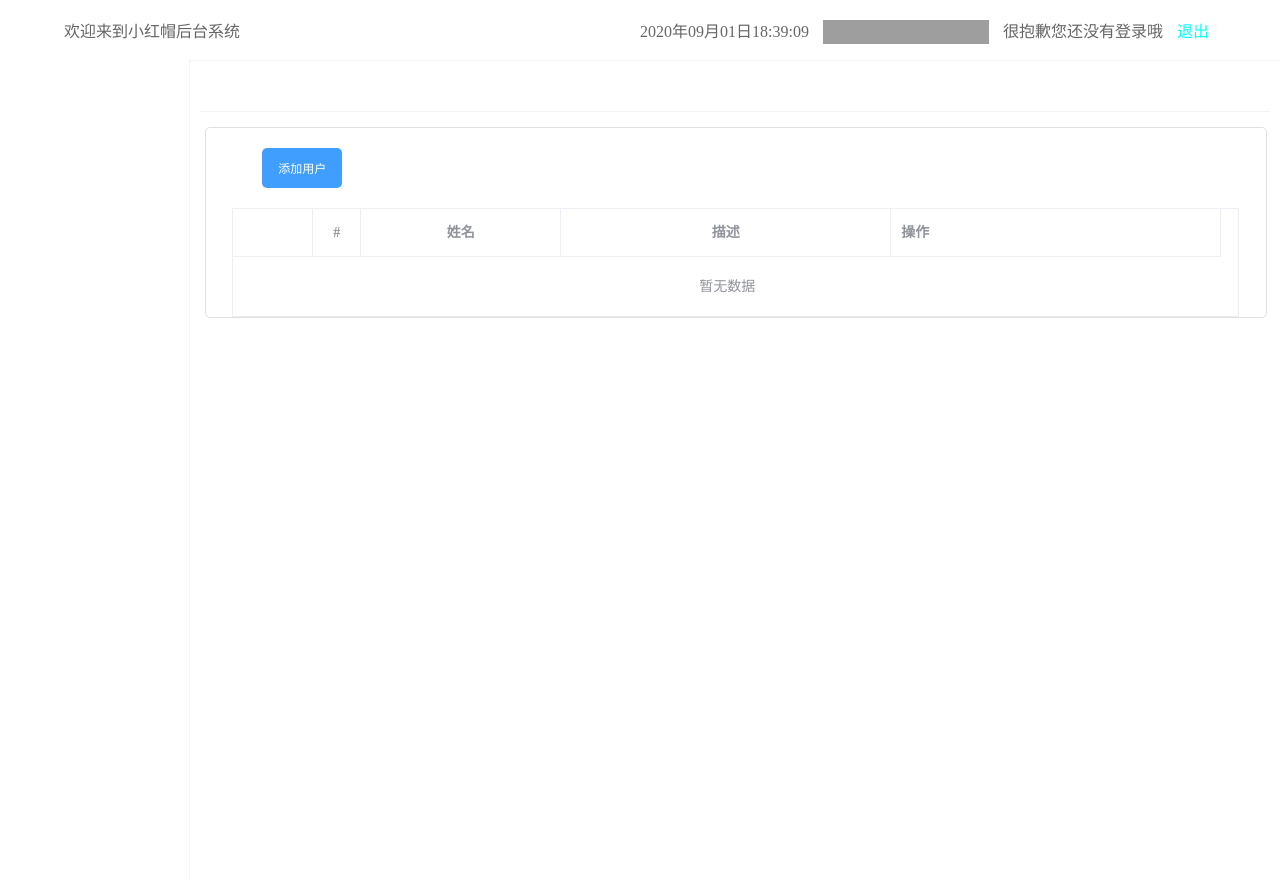
Repository: jinggegeZ/whitesystem
Page: /rights/roles
These files come from the project's save history. The page is drawn as it stood at one moment and after the next save; the edit follows.
The browser window is 1280 px wide. The pictures show the whole page.
Pictures or frames that could not be fetched are drawn as grey boxes. The page's requests for data from a server got no answer. The project was rebuilt for these pictures with package versions that can differ from the ones it lists, and the page was loaded fresh each time. No one was signed in, and anything a server would have sent is missing. Also part of the build but not shown: vue.config.js, src/views/Home.vue.

Above is the page before, as saved 2020-09-02 12:51:52.

### public/index.html
<!DOCTYPE html>
<html lang="en">
  <head>
    <meta charset="utf-8">
    <meta http-equiv="X-UA-Compatible" content="IE=edge">
    <meta name="viewport" content="width=device-width,initial-scale=1.0">
    <link rel="icon" href="<%= BASE_URL %>favicon.ico">
    <title><%= htmlWebpackPlugin.options.title %></title>
  </head>
  <body>
    <noscript>
      <strong>We're sorry but <%= htmlWebpackPlugin.options.title %> doesn't work properly without JavaScript enabled. Please enable it to continue.</strong>
    </noscript>
    <div id="app"></div>
    <!-- built files will be auto injected -->

     <!--[if lte IE 9]>
    <div style='position:absolute; top: 50%; left:50%; margin-top: -50px;margin-left: -400px; align-items: center;justify-content: center;'>
      <div style='width: 800px; height: 100px;text-align: center'>
        <h1>
        您的浏览器版本过低 请下载最新的谷歌浏览器
      </h1>
      <div style='text-align: center;width: 800px'>
        <a href=''>下载谷歌浏览器点此链接</a>
      </div>
      </div>
    </div>
  <![endif]-->
  </body>

</html>

### src/main.js
import Vue from "vue";
import App from "./App.vue";
import router from "./router";
import store from "./store";
import './bus'
import ElementUI from 'element-ui'
import 'element-ui/lib/theme-chalk/index.css'
import dayjs from 'dayjs'
import echarts from "echarts"

dayjs().format();
Vue.use(ElementUI)
Vue.config.productionTip = false;
Vue.prototype.$echarts = echarts

new Vue({
  router,
  store,
  render: h => h(App)
}).$mount("#app");

### src/App.vue
<template>
  <div id="app">
    <router-view />
  </div>
</template>

<style lang="scss">
@import '../src/style/style'
</style>

### src/store/index.js
import Vue from "vue";
import Vuex from "vuex";
import user from "./user/user";
import order from "./order/order"

Vue.use(Vuex);

export default new Vuex.Store({
  state: {},
  mutations: {},
  actions: {},
  modules: {
    user,
    order
  }
});

### src/bus/index.js
import Vue from 'vue'
const bus = new Vue()
Vue.prototype.$bus = bus

### src/style/style.css
* {
    margin: 0;
    padding: 0;
}

#app {
    width: 100%;
    height: 100%;
}
.el-menu-item {
    min-width: 100px !important;
}
html {
    width: 100%;
    height: 100%;
}

body {
    width: 100%;
    height: 100%;
}

/* 登录页面 */
.login {
    width: 100%;
    height: 100%;
}

.loginbox {
    width: 100%;
    height: 100%;
    display: flex;
    justify-content: center;
    align-items: center;

}

.loginboximg {
    width: 100%;
    height: 100%;
    position: absolute;

}

.msgbox {
    width: 636px;
    height: 400px;
    background: rgb(255, 255, 255);
    border: 1px solid rgb(204, 204, 204);
    z-index: 99;
    position: absolute;
    border-radius: 5px;
}

.topbox {
    width: 100%;
    height: 79px;
    font-size: 22px;
    display: flex;
    justify-content: space-around;
    align-items: center;
    border-bottom: 1px solid rgb(204, 204, 204);
    font-weight: 700;

}
.el-form {
    width: 100%;
}
.topinpuit {
    width: 100%;
    height: 60px;
    display: flex;
    justify-content: center;
    align-items: center;
}
.topinpuit1 {
    width: 100%;
    height: 60px;
    display: flex;
    justify-content: center;

    margin-top: 20px;
}
.topinputfont {
    width: 100%;
    height: 80px;
    display: flex;
    justify-content: center;
    font-size: 14px;
    align-items: center;
}
.topinpuit1-2 {
    width: 90%;
    display: flex;
    justify-content: center;
    align-items: center;
}
.topinpuit1-1 {
    width: 90%;
    display: flex;
    justify-content: center;
    align-items: center;
}
.submit {
    width: 100%;
    height: 80px;
    display: flex;
    justify-content: center;
    align-items: center;

}
/* layout部分 */
.layout-homebox {
    width: 100%;
    height: 100%;

}
.layout-topbox {
    width: 100%;
    height: 60px;
}
.layout-navbox {
    width: 100%;
    display: flex;

}
.layout-leftbox {
    width: 15%;
    min-height: 800px;
    height: 100%;

}
.layout-sonbox {
    padding: 10px;
    width: 85%;
    min-height: 800px;
    height: 100%;
    border-top: 1px solid rgb(244,244,244);
    border-left: 1px solid rgb(244,244,244);
}
.layout-sonbox-top {
    width: 100%;
    height: 40px;
    border-bottom: 1px solid rgb(244,244,244);
    display: flex;
    align-items: center;
}
.layout-sonbox-top-item {
    padding: 3px 15px;
    font-size: 12px;
    border: 1px solid rgb(224,224,224);
    margin-left: 10px;
    border-radius: 5px;
}
.layout-sonbox-top-item:hover {
    background: rgb(7, 170, 235);
    color: white;
}
.layout-sonbox-top-item:hover .vis {
    visibility: visible;

}
.vis {
    visibility: hidden;
}
.layout-sonbox-top-item2 {
    margin-left: 10px;
    margin-right: 10px;

}
.layout-sonbox-box {
    margin-top: 10px;
}
/* 头部样式 */
.top-Box {
    width: 100%;
    height: 60px;
    display: flex;
    justify-content: center;
    align-items: center;

}
.top-box {
    width: 90%;
    height: 60px;
    display: flex;
    justify-content: space-between;
    align-items: center;
}
.top-box-left {
    width: 50%;
    height: 100%;
    font-size: 16px;
    color: #666;
    display: flex;
    align-items: center;
}
.top-box-right {
    width: 590px;
    height: 100%;
    font-size: 20px;
    color: #666;
    display: flex;
    justify-content: space-around;
    align-items: center;
    font-size: 16px;
}
.logout {
    color: aqua;
}
.weather {
    height: 21px;
}
iframe{
    width: 166px;
}
iframe html{
    width: 166px;
}
iframe body{
    width: 166px;
}

### src/views/layout1/layout.vue
<template>
  <div class="layout-homebox">
    <div class="layout-topbox">
      <topbox></topbox>
    </div>
    <div class="layout-navbox">
      <div class="layout-leftbox">
        <leftbox></leftbox>
      </div>
      <div class="layout-sonbox">
      <used></used>
        <div class="layout-sonbox-box">
          <template>
            <router-view />
          </template>
        </div>
      </div>
    </div>
  </div>
</template>

<script>
import topbox from "../../components/topbox/topbox";
import leftbox from "../../components/leftbox/leftbox";
import used from "../../components/used/used"
export default {
  name: "",
  props: {},
  components: {
    topbox,
    leftbox,
    used
  },
  data() {
    return {};
  },
  methods: {},
  mounted() {},
  watch: {},
  computed: {}
};
</script>

<style scoped lang='scss'>
</style>

### src/views/roleList/RoleList.vue
<template>
  <div class="UserListbox">
    <div class="userListbox">
      <div class="userListbox-serach">
        <div class="userListbox-serach1">
          <div class="adduser" @click="opendiolog">添加用户</div>
           <template>
                  <el-dialog
                    title="添加用户"
                    :visible.sync="dialogVisible1"
                    width="30%"
                    :before-close="handleClose1"
                  >
                    <span>
                      <el-form
                        :label-position="labelPosition"
                        label-width="80px"
                        :model="formLabelAlign1"
                        :rules="rules"

                      >
                        <el-form-item label="用户姓名" prop="name" >
                          <el-input v-model="formLabelAlign1.name"></el-input>
                        </el-form-item>
                        <el-form-item label="用户密码" prop="password"  >
                          <el-input type="password" v-model="formLabelAlign1.password"></el-input>
                        </el-form-item>
                        <el-form-item label="邮箱" prop="email"  >
                          <el-input v-model="formLabelAlign1.email"></el-input>
                        </el-form-item>
                        <el-form-item label="电话" prop="mobile"  >
                          <el-input v-model="formLabelAlign1.mobile"></el-input>
                        </el-form-item>

                      </el-form>
                    </span>
                    <span slot="footer" class="dialog-footer">
                      <el-button @click="dialogVisible1 = false">取 消</el-button>
                      <el-button type="primary" @click="addUser">确 定</el-button>
                    </span>
                  </el-dialog>
                </template>
        </div>
      </div>
      <div class="userListbox-nav">
        <!-- 用户表格 -->
        <div class="list_b">
          <el-table :data="roles" border stripe style="width: 100%">
          <!-- 展开符 -->
            <el-table-column label="" align="center" width="80"></el-table-column>
            <!-- 下标 -->
            <el-table-column label="#" type="index" :index="indexMethod" align="center"></el-table-column>
            <!-- 姓名 -->
            <el-table-column prop="roleName" label="姓名" width="200" align="center"></el-table-column>
            <!-- 角色 -->
            <el-table-column prop="roleDesc" label="描述" width="330" align="center"></el-table-column>
            <!-- 操作 -->
            <el-table-column label="操作" width="330">
              <template slot-scope="scope">
                <el-tooltip class="item" effect="dark" content="编辑角色" placement="top">
                  <el-button
                    size="mini"
                    type="primary"
                    icon="el-icon-edit"
                    @click="handleEdit(scope.$index, scope.row)"
                  ></el-button>
                </el-tooltip>
                <template>
                  <el-dialog
                    title="编辑信息"
                    :visible.sync="dialogVisible"
                    width="30%"
                    :before-close="handleClose"
                  >
                    <span>
                      <el-form
                        :label-position="labelPosition"
                        label-width="80px"
                        :model="formLabelAlign"
                      >
                        <el-form-item label="用户名" disabled>
                          <el-input v-model="formLabelAlign.name"></el-input>
                        </el-form-item>
                        <el-form-item label="邮箱" prop="email">
                          <el-input v-model="formLabelAlign.email"></el-input>
                        </el-form-item>
                        <el-form-item label="电话" prop="mobile">
                          <el-input v-model="formLabelAlign.mobile"></el-input>
                        </el-form-item>
                      </el-form>
                    </span>
                    <span slot="footer" class="dialog-footer">
                      <el-button @click="dialogVisible = false">取 消</el-button>
                      <el-button type="primary" @click="changemsg">确 定</el-button>
                    </span>
                  </el-dialog>
                </template>
                <el-tooltip class="item" effect="dark" content="删除角色" placement="top">
                  <el-button
                    size="mini"
                    type="danger"
                    icon="el-icon-delete"
                    @click="handleDelete(scope.$index, scope.row)"
                  ></el-button>
                </el-tooltip>
                <el-tooltip class="item" effect="dark" content="分配角色" placement="top">
                  <el-button
                    size="mini"
                    type="warning"
                    icon="el-icon-setting"
                    @click="handleshare(scope.$index, scope.row)"
                  ></el-button>
                </el-tooltip>
                <template>
                  <el-dialog
                    title="编辑信息"
                    :visible.sync="dialogVisible2"
                    width="30%"
                    :before-close="handleClose"
                  >
                    <span>
                    123
                    </span>
                    <span slot="footer" class="dialog-footer">
                      <el-button @click="dialogVisible2 = false">取 消</el-button>
                      <el-button type="primary" @click="dialogVisible2 = false">确 定</el-button>
                    </span>
                  </el-dialog>
                </template>
              </template>
            </el-table-column>
          </el-table>
        </div>
      </div>
    </div>
  </div>
</template>

<script>
import { createNamespacedHelpers } from "vuex";
const userModule = createNamespacedHelpers("user");
const { mapState, mapActions } = userModule;
export default {
  name: "UserList",
  props: {},
  components: {},
  data() {
    return {
      keyword: "",
      pagenum: 1,
      pagesize: 5,
      query: "",
      id: "",
      value: true,
      tableData: [],
      dialogVisible: false,
      dialogVisible1:false,
      dialogVisible2:false,
      labelPosition: "right",
       formLabelAlign: {
        name: "",
        email: "",
        mobile: ""
      },
      formLabelAlign1: {
        name: "",
        password:"",
        email: "",
        mobile: ""
      },
      rules: {
        name: [
          { required: true, message: "请输入用户名", trigger: "change" },
          {

            message: "用户名不能为空",
            trigger: ["blur", "change"]
          }
        ],
        password: [
          { required: true, message: "请输入邮箱地址", trigger: "change" },
          {
            min:"6",
            message: "密码至少为6位",
            trigger: ["blur", "change"]
          }
        ],
        email: [
          { required: false, message: "请输入邮箱地址", trigger: "change" },
          {
            type: "email",
            message: "请输入正确的邮箱地址",
            trigger: ["blur", "change"]
          }
        ],
        mobile: [
          { required: false, message: "请输入电话", trigger: "change" },
          {
           min:"11",
           max:'11',
            message: "请输入正确的手机号码",
            trigger: ["blur", "change"]
          }
        ]
      }
    };
  },
  methods: {
    //展开符运算
    ...mapActions(["getroles"]),
    //表格
    handleEdit(index, row) {
      console.log(index, row);
      //打开diolog
      this.dialogVisible = true;
      this.formLabelAlign.name = row.username
      this.formLabelAlign.email = row.email
      this.formLabelAlign.mobile = row.mobile
      this.id = row.id
    },
    changemsg(){
      this.dialogVisible = false
      //编辑用户请求
      this.changeusermsg({
        id: this.id,
        email: this.formLabelAlign.email,
        mobile: this.formLabelAlign.mobile,
         pagenum: this.pagenum,
        pagesize: this.pagesize,
        query: this.query
      })
    },
    handleClose(done) {
      this.$confirm("确认关闭？")
        .then(() => {
          done();
          this.formLabelAlign.name = "";
          this.formLabelAlign.email = "";
          this.formLabelAlign.email = "";
        })
        .catch(() => {});
    },
    //删除
    handleDelete(index, row) {
      console.log(index, row);
      this.deleteUser({
        id: row.id,
        pagenum: this.pagenum,
        pagesize: this.pagesize,
        query: this.query
      });
    },
    //分配角色
    handleshare(index, row){
       console.log(index, row);
       this.dialogVisible2 = true
    },
    //修改状态
    change(e) {
      console.log(e);
      this.changUsertype({
        uId: e.id,
        type: e.mg_state,
        pagenum: this.pagenum,
        pagesize: this.pagesize,
        query: this.query
      });
    },
    //打开弹框
    opendiolog(){
      this.dialogVisible1 = true
    },
    //添加用户
    addUser(){

      this.dialogVisible1 = false
      this.addUsers({
        username:this.formLabelAlign1.name,
        password:this.formLabelAlign1.password,
        email:this.formLabelAlign1.email,
        mobile:this.formLabelAlign1.mobile,
         pagenum: this.pagenum,
        pagesize: this.pagesize,
        query: this.query
      })
    },
     handleClose1(done) {
      this.$confirm("确认关闭？")
        .then(() => {
          done();
          this.formLabelAlign.name = "";
          this.formLabelAlign.email = "";
          this.formLabelAlign.email = "";
        })
        .catch(() => {});
    },
    //获取下标
    indexMethod(index) {
      return index * 1;
    },
  },
  mounted() {
    this.getroles();
  },
  watch: {},
  computed: {
    ...mapState(["roles"])
  }
};
</script>

<style scoped lang='scss'>
.UserListbox {
  padding: 5px;
}
.userListbox {
  width: 100%;
  border: 1px solid rgb(224, 224, 224);
  border-radius: 5px;
}
.list_b {
  width: 95%;
  height: 95%;
}
.userListbox-nav {
  width: 100%;
  display: flex;
  justify-content: center;
  align-items: center;
}
.userListbox-serach {
  width: 100%;
  height: 80px;
  display: flex;
  align-items: center;
  justify-content: center;
}
.userListbox-serach1 {
  width: 95%;
  display: flex;
  align-items: center;
}
.serachbox {
  width: 47px;
  height: 39px;
  display: flex;
  justify-content: center;
  align-items: center;
}

.adduser {
  width: 80px;
  height: 40px;
  display: flex;
  justify-content: center;
  align-items: center;
  color: white;
  font-size: 12px;
  background: rgb(64, 158, 255);
  margin-left: 30px;
  border-radius: 5px;
}
.fenye {
  margin-top: 10px;
  margin-bottom: 10px;
}
</style>

### src/components/topbox/topbox.vue
<template>
  <div>
    <div class="top-Box">
      <div class="top-box">
        <div class="top-box-left">欢迎来到小红帽后台系统</div>
        <div class="top-box-right">
          <div>{{ nowDate }}{{ nowTime }}</div>
          <div class="weather"><iframe scrolling="no" src="https://tianqiapi.com/api.php?style=tf&skin=cherry" frameborder="0" width="400" height="24" allowtransparency="true"></iframe></div>
          <div v-if="this.adminUser">亲爱的：{{adminUser.username}}</div>
          <div v-else>很抱歉您还没有登录哦</div>
          <div @click="logout" class="logout">退出</div>
        </div>
      </div>
    </div>
  </div>
</template>
<script>
export default {
  name: "",
  props: {},
  components: {},
  data() {
    return {
      nowDate: null, //存放年月日变量
      nowTime: null, //存放时分秒变量
      timer: "", //定义一个定时器的变量
      currentTime: new Date(), // 获取当前时间
      adminUser:[], //获取用户信息
      adminToken:"", //获取令牌
    };
  },
  methods: {
    //获取时间
    getTime() {
      const date = new Date();
      const year = date.getFullYear();
      const month = date.getMonth() + 1;
      const day = date.getDate();
      const hour = date.getHours();
      const minute = date.getMinutes();
      const second = date.getSeconds();
      this.month = check(month);
      this.day = check(day);
      this.hour = check(hour);
      this.minute = check(minute);
      this.second = check(second);
      function check(i) {
        const num = i < 10 ? "0" + i : i;
        return num;
      }
      this.nowDate = year + "年" + this.month + "月" + this.day + "日";
      this.nowTime =
        this.hour + ":" + this.minute + ":" + this.second ;
    },
    //退出登录
    logout(){
      localStorage.removeItem('adminUser')
      this.$router.push('/login')
    },

  },
  mounted() {
    //获取时间
    this.timer = setInterval(this.getTime, 1000);
    //获取个人信息
    this.adminUser = JSON.parse(localStorage.getItem('adminUser'))
    this.adminToken = localStorage.getItem('adminToken')




  },
  beforeDestroy() {
    if (this.timer) {
      clearInterval(this.timer); // 在Vue实例销毁前，清除定时器
    }

  },
  watch: {},
  computed: {

  }
};
</script>

<style scoped lang='scss'>
</style>

### src/components/leftbox/leftbox.vue
<template>
  <div>
    <el-menu :default-active="$route.path" unique-opened router>
      <template v-for="item in menus">
        <el-submenu :index="item.path" :key="item.id" v-if="item.children">
          <template slot="title">
            <i :class="item.icon"></i>
            <span>{{ item.authName }}</span>
          </template>
          <el-menu-item-group>
            <el-menu-item
              :index="children.path"
              v-for="children in item.children"
              :key="children.path"
            >
              <i :class="children.icon"></i>
              <span
                slot="title"
                @click="chose(children.path, children.authName)"
              >{{ children.authName }}</span>
            </el-menu-item>
          </el-menu-item-group>
        </el-submenu>
        <el-menu-item :index="item.path" :key="item.path" v-else>
          <span slot="title">{{ item.authName }}</span>
        </el-menu-item>
      </template>
    </el-menu>
  </div>
</template>

<script>
import { createNamespacedHelpers } from "vuex";
const userModule = createNamespacedHelpers("user");
const { mapState: userState, mapActions: userActions } = userModule;
export default {
  name: "",
  props: {},
  components: {},
  data() {
    return {
      activeIndex: "/index",
      addresslist: []
    };
  },
  methods: {
    ...userActions(["getMenus"]),
    //选择子元素
    chose(path, name) {
      console.log(path, name);
      let arr = JSON.parse(localStorage.getItem("uesdTabs"));
      if (arr) {
        // 去重
        let length = arr.filter(item => {
          return item.path === path;
        }).length;

        if (length === 0) {
          arr.push({
            path: path,
            name: name
          });
        }
      } else {
        arr = [];
        arr.push({
          path: path,
          name: name
        });
      }
      localStorage.setItem("uesdTabs", JSON.stringify(arr));
    }
  },
  mounted() {
    this.getMenus();
  },
  watch: {},
  computed: {
    ...userState(["menus"])
  }
};
</script>

<style scoped lang='scss'>
</style>

### src/components/used/used.vue
<template>
  <div>
    <div class="layout-sonbox-top" >
      <div class="layout-sonbox-top-item" v-for="item in Tabs" :key="item.path">
        <span class="vis">●</span> <span class="layout-sonbox-top-item2">{{item.name}}</span><span class="vis" @click="deletes(item)">X</span>
      </div>
    </div>
  </div>
</template>

<script>
export default {
  name: "used",
  props: {},
  components: {},
  data() {
    return {
      Tabs: []
    };
  },
  methods: {
    //获取local
    getlocal(){
      if (localStorage.getItem("uesdTabs")) {
      this.Tabs = JSON.parse(localStorage.getItem("uesdTabs"))
      // console.log(this.Tabs);
    }
    },
    //删除元素
    deletes(item){
      console.log(item);
    }
  },
  mounted() {
  this.getlocal()
  },
  watch: {
        // 监听路由跳转
    "$route.path": {
      handler(val) {
        this.getlocal();
        console.log("菜单：", val);
        this.currentPath = val; //val是路由跳转的path
      },
      immediate: true, //立即执行
    },
  },
  computed: {

  }
};
</script>

<style scoped lang='scss'>
</style>

Loaded but not shown: src/store/user/user.js (195 lines, source omitted); src/router/index.js (183 lines, source omitted); src/store/order/order.js (57 lines, source omitted); src/http/api.js (52 lines, source omitted); src/http/index.js (66 lines, source omitted)

After the next save:
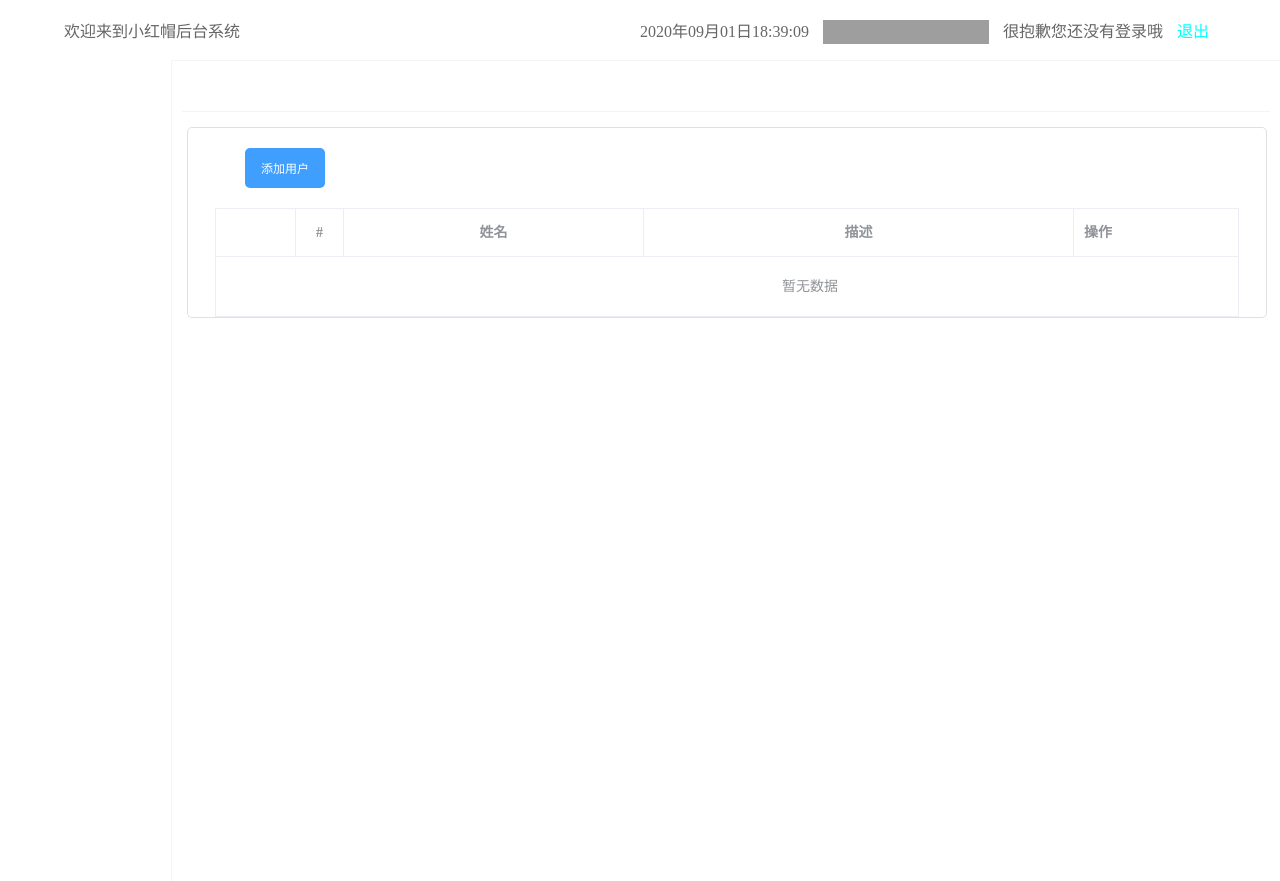
Saved 54 s later.
--- a/src/views/roleList/RoleList.vue
+++ b/src/views/roleList/RoleList.vue
@@ -51,9 +51,9 @@
             <!-- 下标 -->
             <el-table-column label="#" type="index" :index="indexMethod" align="center"></el-table-column>
             <!-- 姓名 -->
-            <el-table-column prop="roleName" label="姓名" width="200" align="center"></el-table-column>
+            <el-table-column prop="roleName" label="姓名" width="300" align="center"></el-table-column>
             <!-- 角色 -->
-            <el-table-column prop="roleDesc" label="描述" width="330" align="center"></el-table-column>
+            <el-table-column prop="roleDesc" label="描述" width="430" align="center"></el-table-column>
             <!-- 操作 -->
             <el-table-column label="操作" width="330">
               <template slot-scope="scope">
